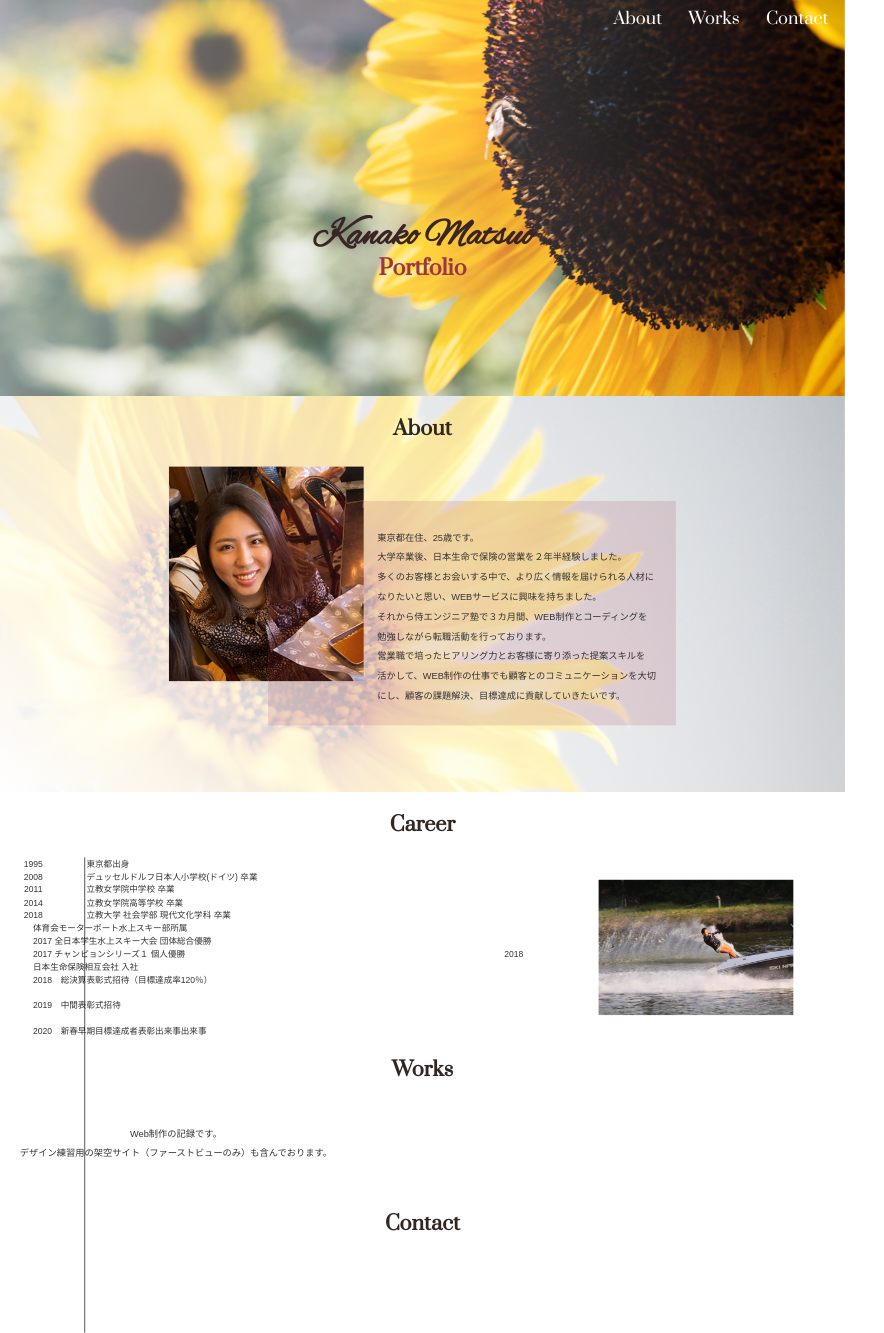
Repository: KanakoMatsuo/Portfolio
Page: index.html
The author's editor kept a record of every edit. The page is drawn from the files as they stood at one moment, then again after the next edit.
The browser window is 1280 px wide. The page is 1340 px wide, so the pictures cover 1340 px, including what lies to the right of the window. The pictures show the whole page, at 66% of full size.

Above is the page before.

After the next edit:
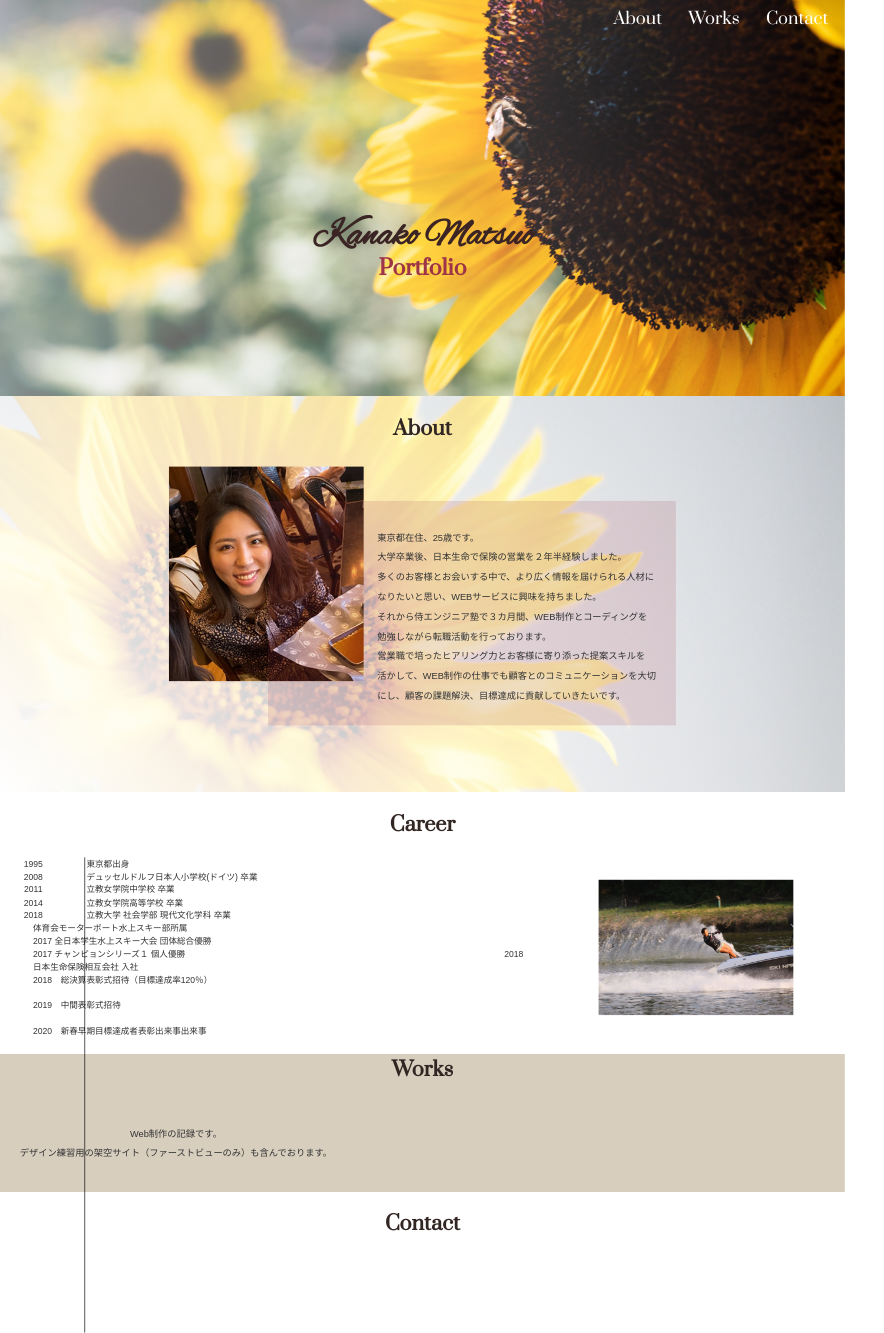
The edit:
--- a/Portfolio.css
+++ b/Portfolio.css
@@ -183,6 +183,9 @@
 margin: 0;
  width: 70%; 14 }
 
+.Works{
+  background:#d7cebe;
+}
 .Works p{
   display:flex;
   text-align:center;
